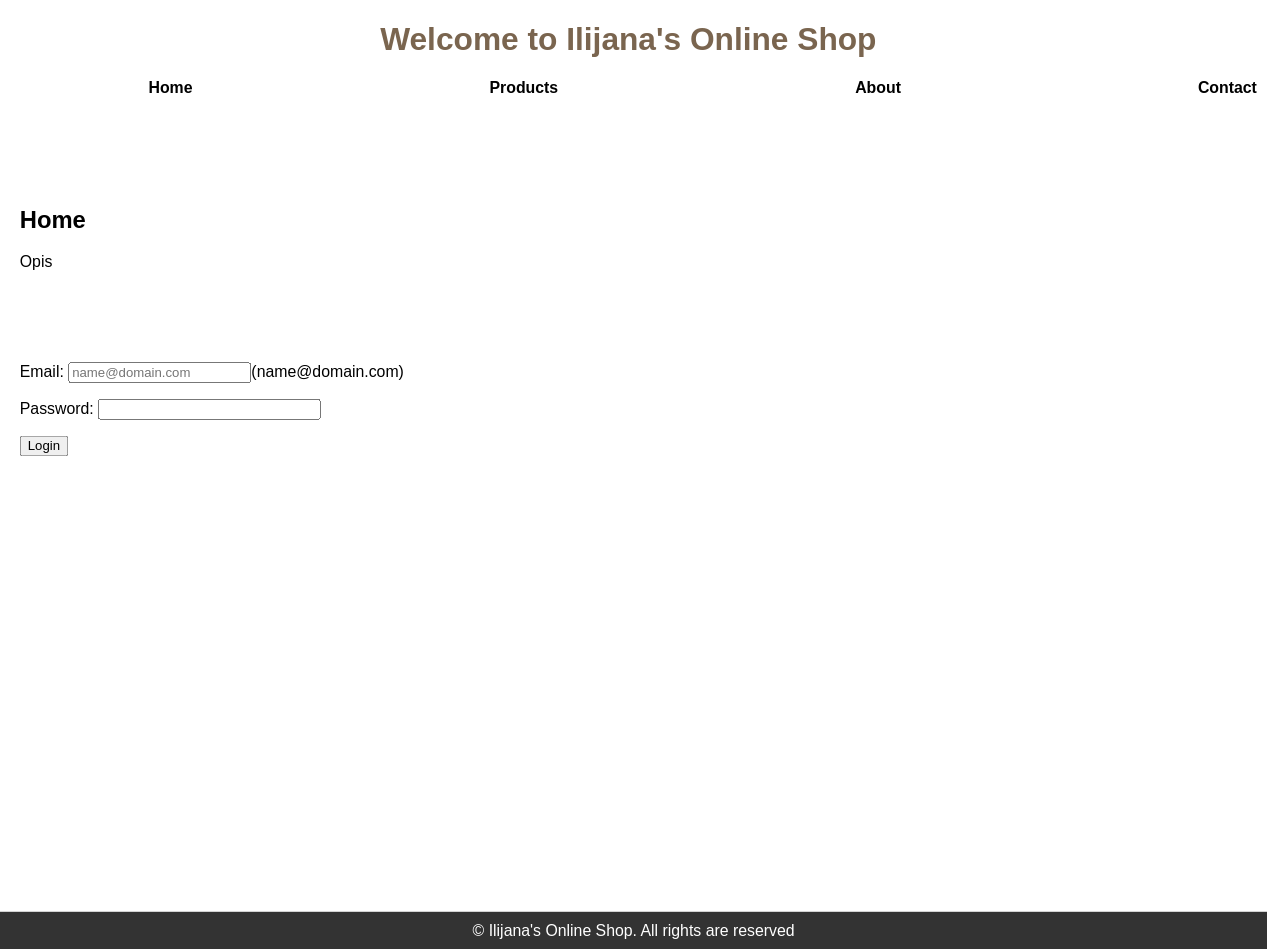
Repository: ilijana123/Proekt1
Page: html.html
These files come from the project's save history. The page is drawn as it stood at one moment and after the next save; the edit follows.
The browser window is 1280 px wide. The pictures show the whole page, at 99% of full size.

Above is the page before, as saved 2023-11-13 00:10:10.

After the next save:
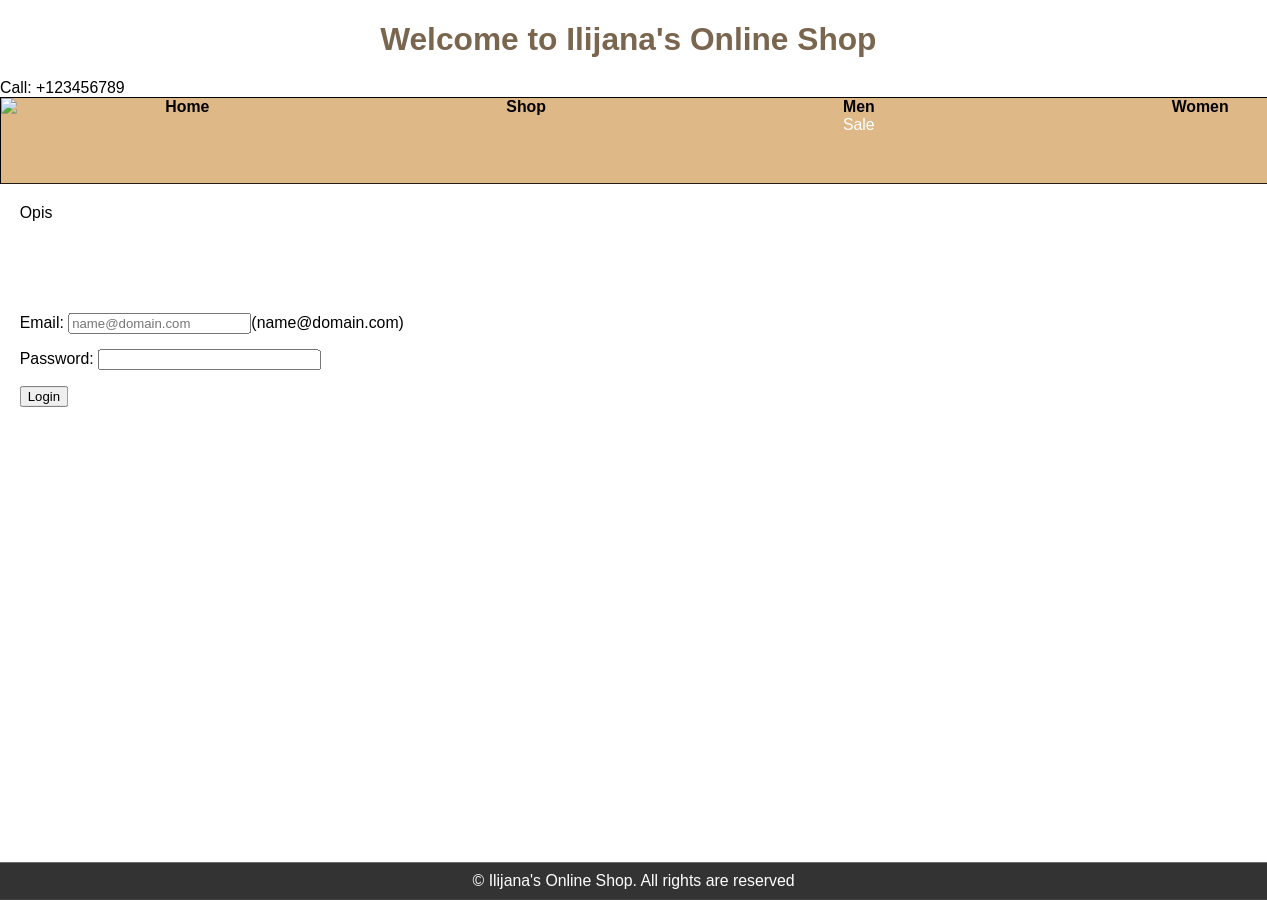
Not found: images/logo.png
Saved 23 min 14 s later.
--- a/html.html
+++ b/html.html
@@ -10,14 +10,56 @@
     <header>
        <h1>Welcome to Ilijana's Online Shop</h1>
     </header>
-       <nav>
-            <ul>
-                <li><a href="#home">Home</a></li>
-                <li><a href="#category1">Products</a></li>
-                <li><a href="#category2">About</a></li>
-                <li><a href="#category3">Contact</a></li>
-            </ul>
-       </nav>
+
+   <nav>
+    <!--social-links-and-phone-number----------------->
+<div class="social-call">
+ <!--social-links--->
+ <div class="social">
+     <a href="#"><i class="fab fa-facebook-f"></i></a>
+     <a href="#"><i class="fab fa-twitter"></i></a>
+     <a href="#"><i class="fab fa-youtube"></i></a>
+     <a href="#"><i class="fab fa-instagram"></i></a>
+ </div>
+ <!--phone-number------>
+ <div class="phone">
+     <span>Call: +123456789</span>
+ </div>
+</div>
+<!--menu-bar----------------------------------------->
+<div class="navigation">
+ <!--logo------------>
+ <a href="#" class="logo"><img src="images/logo.png"></a>
+ <!--menu-icon------------->
+ <div class="toggle"></div>
+ <!--menu----------------->
+ <ul class="menu">
+     <li><a href="#">Home</a></li>
+     <li  class="shop"><a href="#" >Shop</a></li>
+     <li><a href="#">Men</a>
+         <!--lable---->
+         <span class="sale-lable">Sale</span>
+     </li>
+     <li><a href="#">Women</a></li>
+     <li><a href="#">Kids</a></li>
+ </ul>
+ <!--right-menu----------->
+ <div class="right-menu">
+     <a href="javascript:void(0);" class="search">
+         <i class="fas fa-search"></i>
+     </a>
+     <a href="javascript:void(0);" class="user">
+         <i class="far fa-user"></i>
+     </a>
+     <a href="#">
+         <i class="fas fa-shopping-cart">
+             <span class="num-cart-product">0</span>
+         </i>
+     </a>
+ </div>
+ </div>
+</nav>
+
        <section id="home">
             <h2>Home</h2>
             <p>Opis</p>
